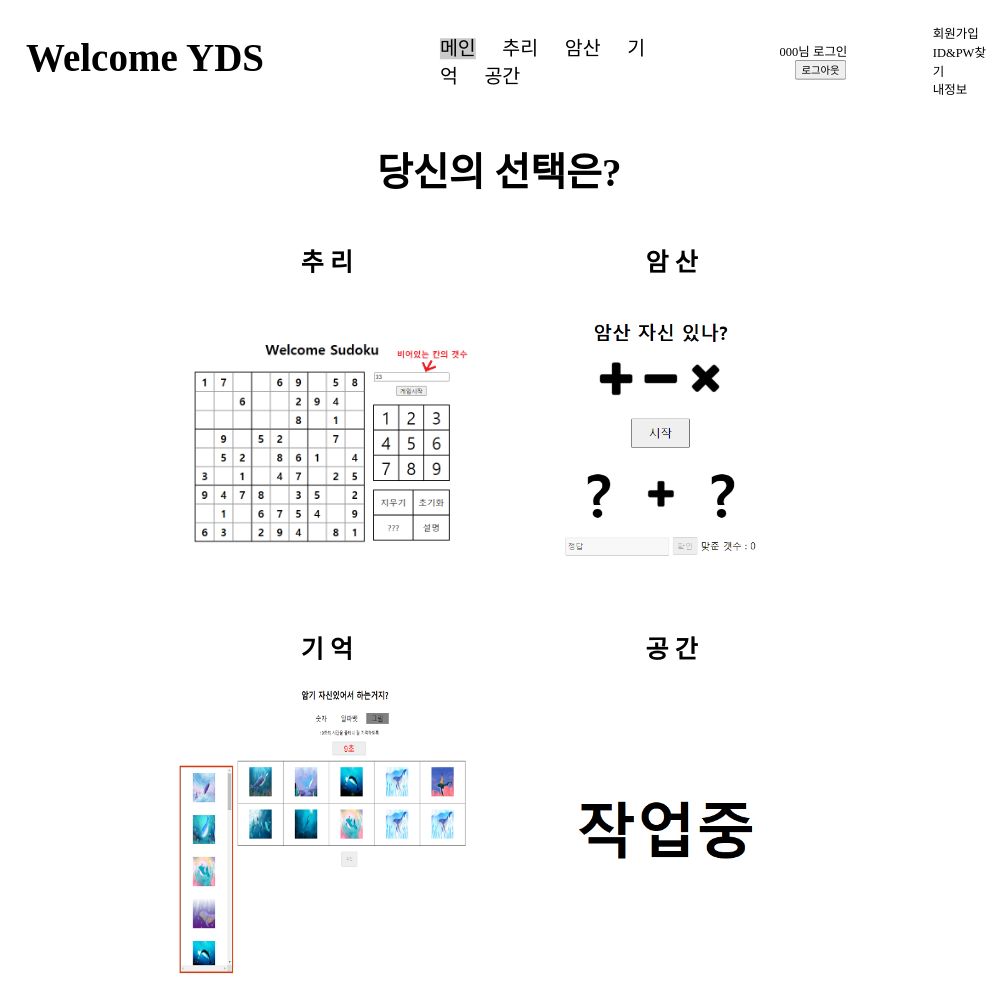
Repository: ejrtn/springbootMaven
Page: deoksu/src/main/resources/static/main.html
An editor plug-in stored every save of this project. The page is shown before and after the next save, followed by the edit.
The browser window is 1280 px wide. The pictures show the whole page, at 78% of full size.

Above is the page before, as saved 2021-04-10 16:10:35.

After the next save:
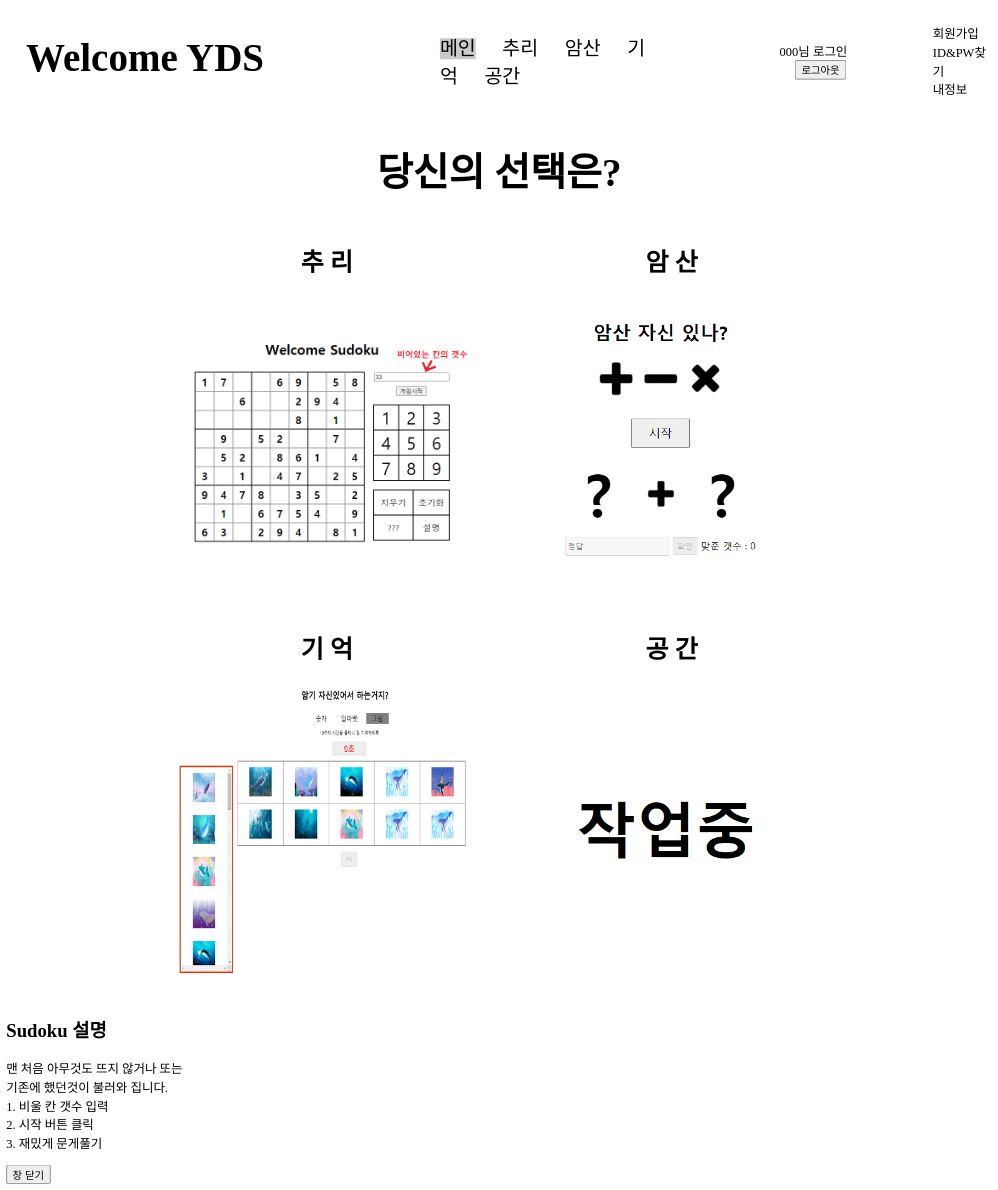
Saved 22 s later.
--- a/deoksu/src/main/resources/static/main.html
+++ b/deoksu/src/main/resources/static/main.html
@@ -82,7 +82,19 @@
 		</table>
 	</div>
 
-
+	<div id="modal">
+	    <div class="modal_content">
+	        <h2>Sudoku 설명</h2>
+	        <p>맨 처음 아무것도 뜨지 않거나 또는<br> 기존에 했던것이 불러와 집니다.<br> 1. 비울 칸 갯수 입력<br> 2. 시작 버튼 클릭<br>3. 재밌게 문게풀기</p>
+	        <button type="button" id="modal_close_btn">창 닫기</button>
+	    </div>
+    	<div class="modal_layer"></div>
+	</div>
+	<script>
+	    document.getElementById("modal_close_btn").onclick = function() {
+	        document.getElementById("modal").style.display="none";
+	    }
+	</script>
 
 
 </body>
